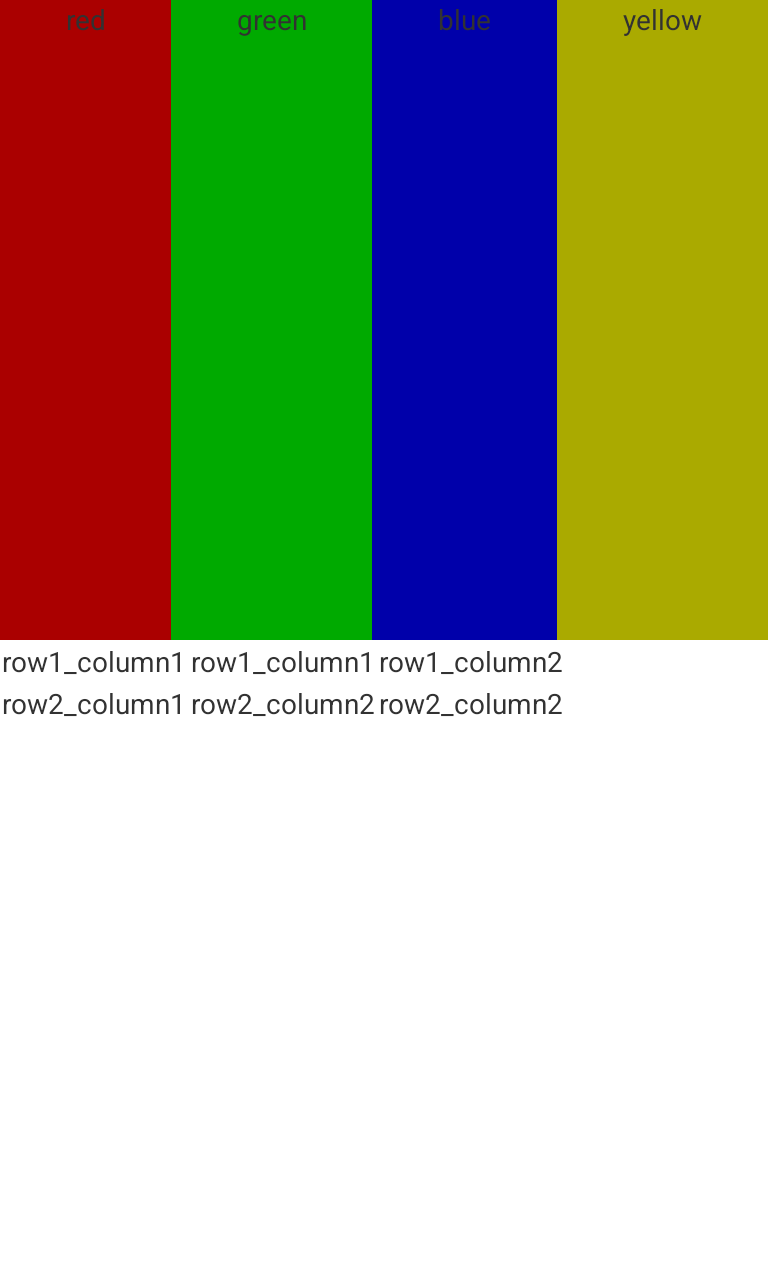
Repository: HouJun11220033/Android
Layout: Layout_04/res/layout/second.xml
The author's editor kept a copy of each file at every save. The layout is drawn from the files as they stood at one save, then again after the next save.
It is drawn on a 768 x 1280 px phone screen (xhdpi) without system bars, with theme AppTheme; the app's code is not run.

Above is the layout before, as saved 2016-09-15 16:19:16.

### Layout_04/res/layout/second.xml
<?xml version="1.0" encoding="utf-8"?>
<LinearLayout xmlns:android="http://schemas.android.com/apk/res/android"
    android:layout_width="fill_parent"
    android:layout_height="fill_parent"
    android:orientation="vertical" >

    <LinearLayout
        android:layout_width="fill_parent"
        android:layout_height="fill_parent"
        android:layout_weight="1"
        android:orientation="horizontal" >

        <TextView
            android:layout_width="wrap_content"
            android:layout_height="fill_parent"
            android:layout_weight="1"
            android:background="#aa0000"
            android:gravity="center_horizontal"
            android:text="red" />

        <TextView
            android:layout_width="wrap_content"
            android:layout_height="fill_parent"
            android:layout_weight="1"
            android:background="#00aa00"
            android:gravity="center_horizontal"
            android:text="green" />

        <TextView
            android:layout_width="wrap_content"
            android:layout_height="fill_parent"
            android:layout_weight="1"
            android:background="#0000aa"
            android:gravity="center_horizontal"
            android:text="blue" />

        <TextView
            android:layout_width="wrap_content"
            android:layout_height="fill_parent"
            android:layout_weight="1"
            android:background="#aaaa00"
            android:gravity="center_horizontal"
            android:text="yellow" />
    </LinearLayout>

    <LinearLayout
        android:layout_width="fill_parent"
        android:layout_height="fill_parent"
        android:layout_weight="1"
        android:orientation="horizontal" >

        <TableLayout
            android:layout_width="fill_parent"
            android:layout_height="fill_parent"
            android:shrinkColumns="1" >

            <TableRow>

                <TextView
                    android:gravity="left"
                    android:padding="1dip"
                    android:text="@string/row1_column1" />

                <TextView
                    android:gravity="center"
                    android:padding="1dip"
                    android:text="@string/row1_column1" >
                </TextView>

                <TextView
                    android:gravity="center"
                    android:padding="1dip"
                    android:text="@string/row1_column2" />
            </TableRow>

            <TableRow>

                <TextView
                    android:gravity="left"
                    android:padding="1dip"
                    android:text="@string/row2_column1" />

                <TextView
                    android:gravity="center"
                    android:padding="1dip"
                    android:text="@string/row2_column2" />

                <TextView
                    android:gravity="right"
                    android:padding="1dip"
                    android:text="@string/row2_column2" />
            </TableRow>
        </TableLayout>
    </LinearLayout>

</LinearLayout>

### Layout_04/res/values/strings.xml
<?xml version="1.0" encoding="utf-8"?>
<resources>

    <string name="hello">Hello World, TableTest!</string>
    <string name="app_name">layout02</string>
    <string name="row1_column1">row1_column1</string>
    <string name="row1_column2">row1_column2</string>
    <string name="row2_column1">row2_column1</string>
    <string name="row2_column2">row2_column2</string>

</resources>

Loaded but not shown: Layout_04/res/values/styles.xml (common file); Layout_04/res/values-v11/styles.xml (common file); Layout_04/res/values-v14/styles.xml (common file)

After the next save:
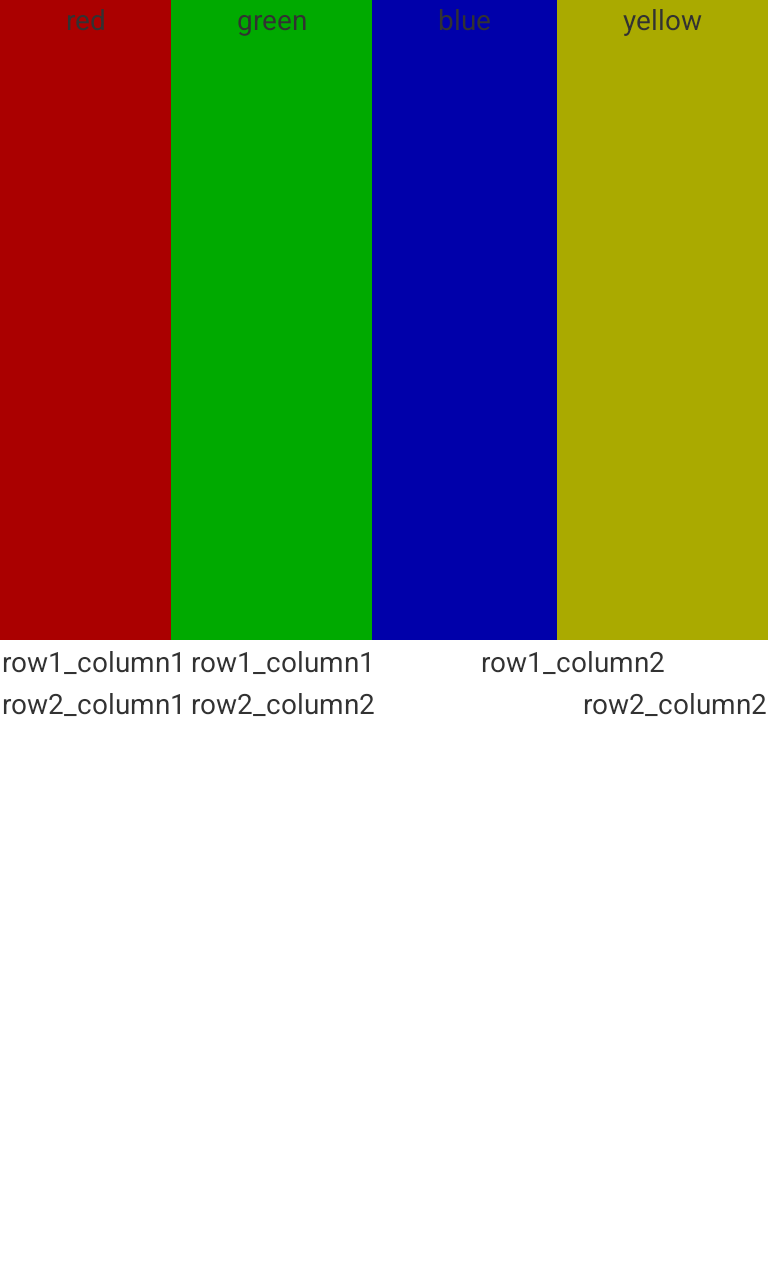
Saved 29 s later.
--- a/Layout_04/res/layout/second.xml
+++ b/Layout_04/res/layout/second.xml
@@ -52,7 +52,7 @@
         <TableLayout
             android:layout_width="fill_parent"
             android:layout_height="fill_parent"
-            android:shrinkColumns="1" >
+            android:stretchColumns="2">
 
             <TableRow>
 
